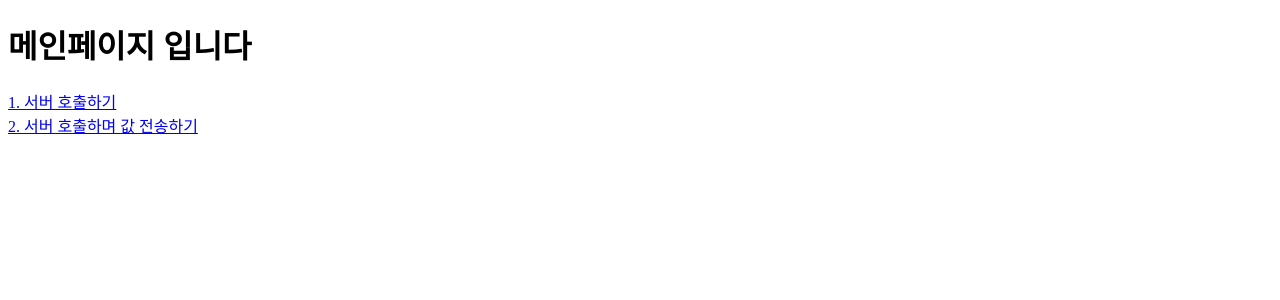
Repository: beescuit9510/toyProjects
Page: web-server-workplace/02_noDbProject/src/main/webapp/index.html
These files come from the project's save history. The page is drawn as it stood at one moment and after the next save; the edit follows.
The browser window is 1280 px wide. The pictures show the whole page.

Above is the page before, as saved 2021-09-29 05:17:18.

After the next save:
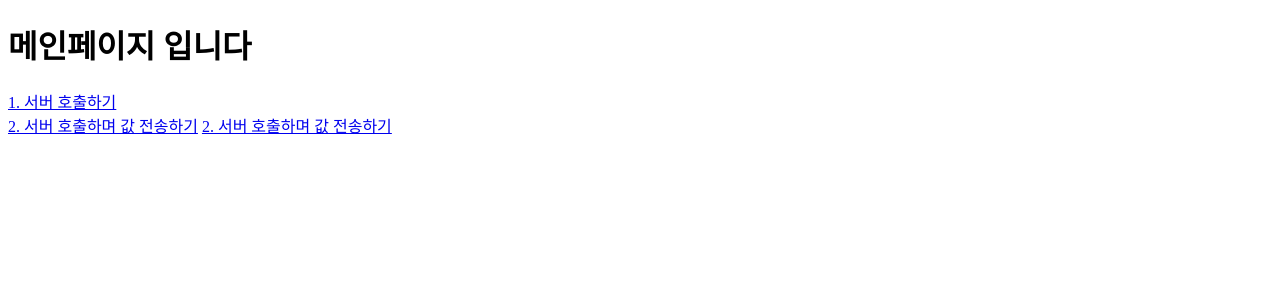
Saved 18 s later.
--- a/web-server-workplace/02_noDbProject/src/main/webapp/index.html
+++ b/web-server-workplace/02_noDbProject/src/main/webapp/index.html
@@ -8,5 +8,6 @@
 	<h1>메인페이지 입니다</h1>
 	<a href="/requestServer">1. 서버 호출하기</a><br>
 	<a href="/sendData1?test=abc&name=변덕">2. 서버 호출하며 값 전송하기</a>
+	<a href="/sendData2?p1=abc&p2=변덕">2. 서버 호출하며 값 전송하기</a>
 </body>
 </html>
